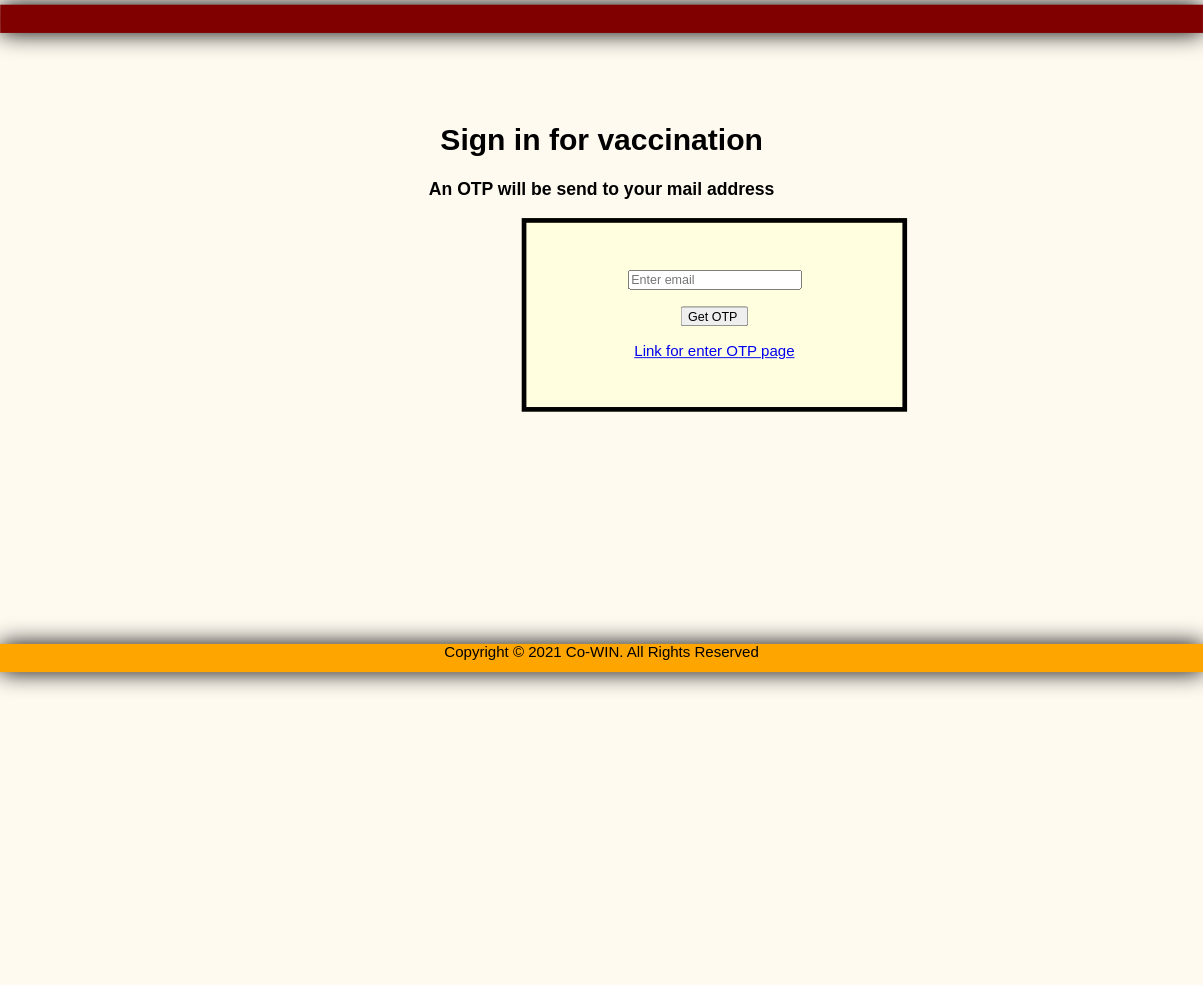
Repository: chetanmelavanki/project
Page: http://localhost/vaccine-app/WEB-INF/pages/signinpage.jsp
These files come from the project's save history. The page is drawn as it stood at one moment and after the next save; the edit follows.
The browser window is 1280 px wide. The pictures show the whole page, at 94% of full size.
The page is served by Tomcat 9. Nobody is signed in. Other server files are loaded and not shown. The template is opened directly, without the code that normally fills it, so the values that code supplies are empty.

Above is the page before, as saved 2022-08-15 11:47:59.

### vaccine-app/src/main/webapp/WEB-INF/pages/signinpage.jsp
<!DOCTYPE html>
<html>

<head>
<title>Vaccine form</title>
<style type=text/css>
body {
	height: 125vh;
	margin-top: 80px;
	padding: 30px;
	background-size: cover;
	font-family: sans-serif;
	text-align: center;
	background-color: floralwhite;
}

header {
	background-color: maroon;
	position: fixed;
	left: 0;
	right: 0;
	top: 5px;
	height: 30px;
	display: flex;
	align-items: center;
	box-shadow: 0 0 25px 0 black;
}

form {
	width: 300px;
	border: 5px solid black;
	padding: 50px;
	margin: 20px;
	background-color: lightyellow;
	margin-left: 517px;
}

.footer {
	position: fixed;
	left: 0px;
	bottom: 5px;
	right: 0px;
	width: 100%;
	height: 30px;
	background-color: orange;
	box-shadow: 0 0 25px 0 black;
	text-align: center;
}
</style>
<body>
	<header>
		<nav></nav>
	</header>

	<h1>Sign in for vaccination</h1>

	<h3>An OTP will be send to your mail address</h3>
	<div>
		<form action="getOTP.vaccine" method="post">
			<input type="email" name="userEmail" placeholder="Enter email" ><br>
			<a style="color: red">${errorMail}${errorSend}</a> <br>
			<input type="submit" value="Get OTP "> <br> <br> <a
				href="http://localhost:8080/vaccine-app/enterVaccineOTP.vaccine">Link
				for enter OTP page</a>
		</form>
	</div>
	<div class="footer">Copyright © 2021 Co-WIN. All Rights Reserved
	</div>

</body>
</head>

</html>

After the next save:
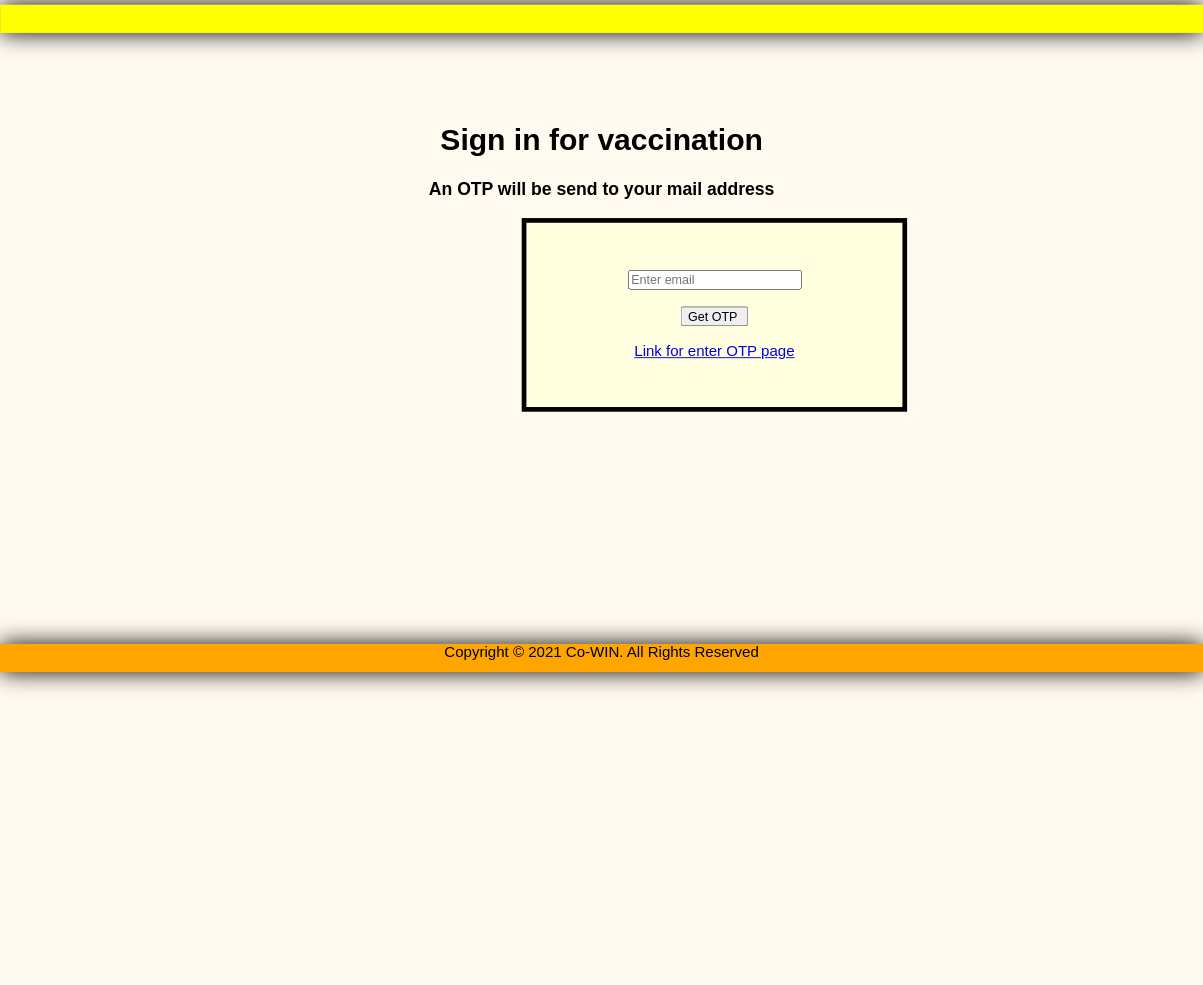
Saved 21 s later.
--- a/vaccine-app/src/main/webapp/WEB-INF/pages/signinpage.jsp
+++ b/vaccine-app/src/main/webapp/WEB-INF/pages/signinpage.jsp
@@ -15,7 +15,7 @@ body {
 }
 
 header {
-	background-color: maroon;
+	background-color: yellow;
 	position: fixed;
 	left: 0;
 	right: 0;
